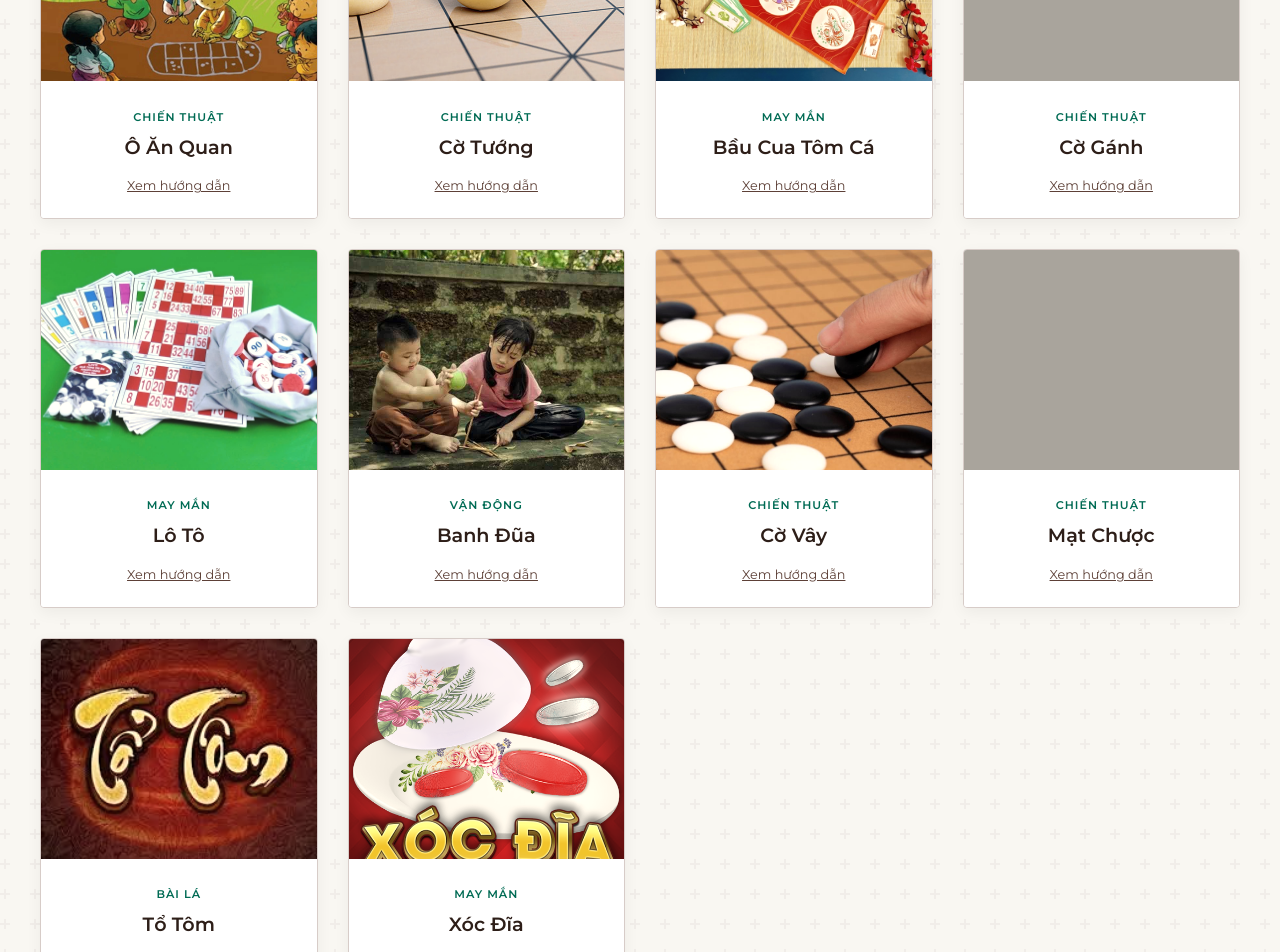
Repository: Lukas952003/Project-The-Heritage-Hub-Coffee-Marketing
Page: games.html
An editor plug-in stored every save of this project. The page is shown before and after the next save, followed by the edit.
The browser window is 1280 px wide. The pictures show the part of the page from y = 791 to 1743 px (the page is 2220 px tall).
Pictures or frames that could not be fetched are drawn as grey boxes. Backgrounds fixed to the window are drawn as part of the page.

Above is the page before, as saved 2025-12-28 21:42:25.

After the next save:
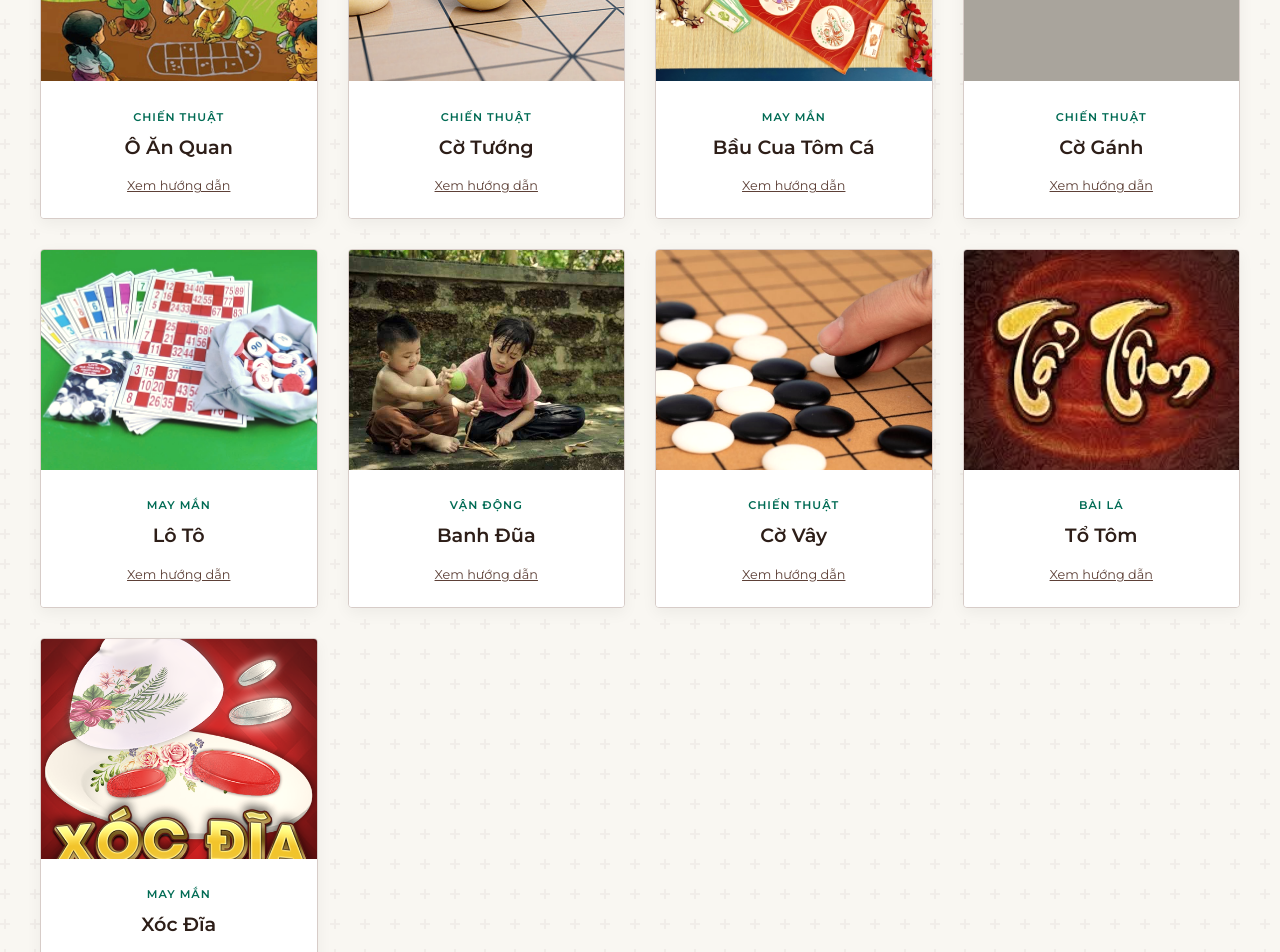
Saved 47 s later.
--- a/games.html
+++ b/games.html
@@ -646,14 +646,6 @@
           </div>
         </div>
 
-        <div class="game-card" data-cat="chien-thuat">
-          <img src="./img/da" class="game-thumb" />
-          <div class="game-info">
-            <span class="game-tag">Chiến Thuật</span>
-            <div class="game-title">Mạt Chược</div>
-            <span class="btn-play">Xem hướng dẫn</span>
-          </div>
-        </div>
         <div class="game-card" data-cat="bai-la">
           <img src="./img/game-to-tom.jpg" class="game-thumb" />
           <div class="game-info">
